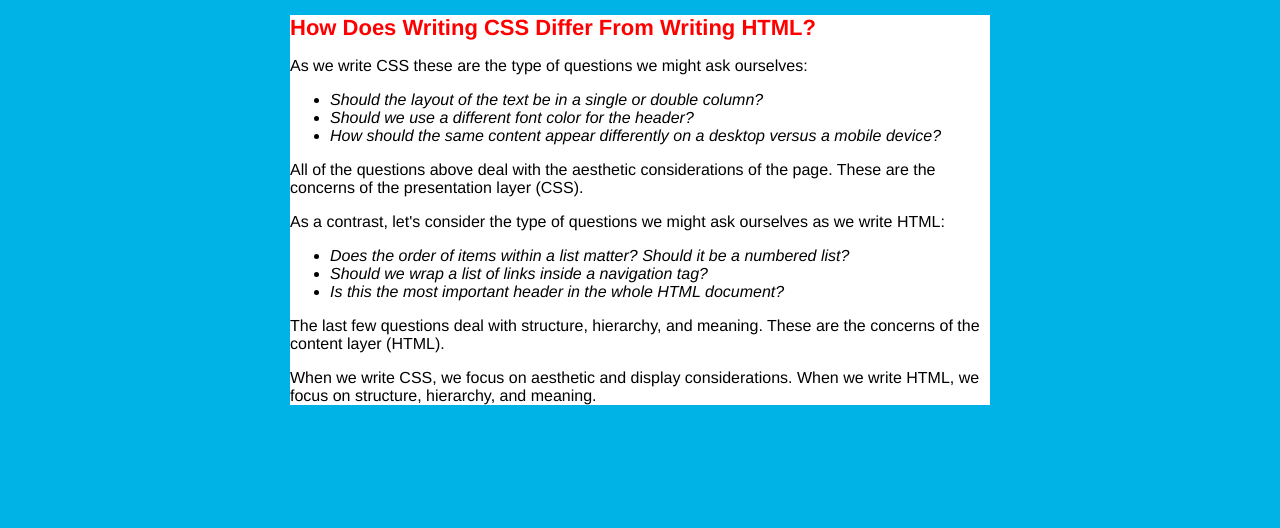
Repository: NthigaDenis/example-repository
Page: phase-0-css-intro-lab/index.html
The author's editor kept a copy of each file at every save. The page is drawn from the files as they stood at one save, then again after the next save.
The browser window is 1280 px wide. The pictures show the whole page.

Above is the page before, as saved 2022-08-02 08:24:53.

### phase-0-css-intro-lab/index.html
<!DOCTYPE html>
<html>

<head>
  <meta charset="utf-8">
  <title>Introduction to CSS Lab</title>
  <!-- Your code here! -->
</head>

<body>
  <link rel="stylesheet" href="./style.css" />

  <div>
    <h1 id='main-header'>How Does Writing CSS Differ From Writing HTML?</h1>
    <p>As we write CSS these are the type of questions we might ask ourselves:</p>

    <ul>
      <li class='perspective-questions'>Should the layout of the text be in a single or double column?</li>
      <li class='perspective-questions'>Should we use a different font color for the header?</li>
      <li class='perspective-questions'>How should the same content appear
        differently on a desktop versus a mobile device?</li>
    </ul>

    <p>All of the questions above deal with the aesthetic considerations of the page. These are the concerns of the
      presentation layer (CSS).</p>
    <p>As a contrast, let's consider the type of questions we might ask ourselves as we write HTML:</p>

    <ul>
      <li class='perspective-questions'>Does the order of items within a list matter? Should it be a numbered list?</li>
      <li class='perspective-questions'>Should we wrap a list of links inside a navigation tag?</li>
      <li class='perspective-questions'>Is this the most important header in the whole HTML document?</li>
    </ul>

    <p>The last few questions deal with structure, hierarchy, and meaning. These are the concerns of the content layer
      (HTML).</p>
    <p>When we write CSS, we focus on aesthetic and display considerations. When we write HTML, we focus on structure,
      hierarchy, and meaning.</p>
  </div>

</body>

</html>

### phase-0-css-intro-lab/style.css
/* Tag selector to select the 'body' element */
body {

  background: #00b3e6;
}

/* Your code here! */


/* Tag selector to select all 'div' elements. We only have one 'div' in our HTML */
div {
  width: 700px;
  margin: auto;
  font-family: Helvetica Neue;
  background: white;
  padding: 30 px;
  /* Your code here! */
}

/* ID selector to select the element with id 'main-header' */
#main-header {
  /* Your code here! */
  color: red;
  font-size: 22px;
}

/* Class selector to select elements containing the class 'perspective-questions' */
.perspective-questions {
  font-style: italic
    /* Your code here! */
}

After the next save:
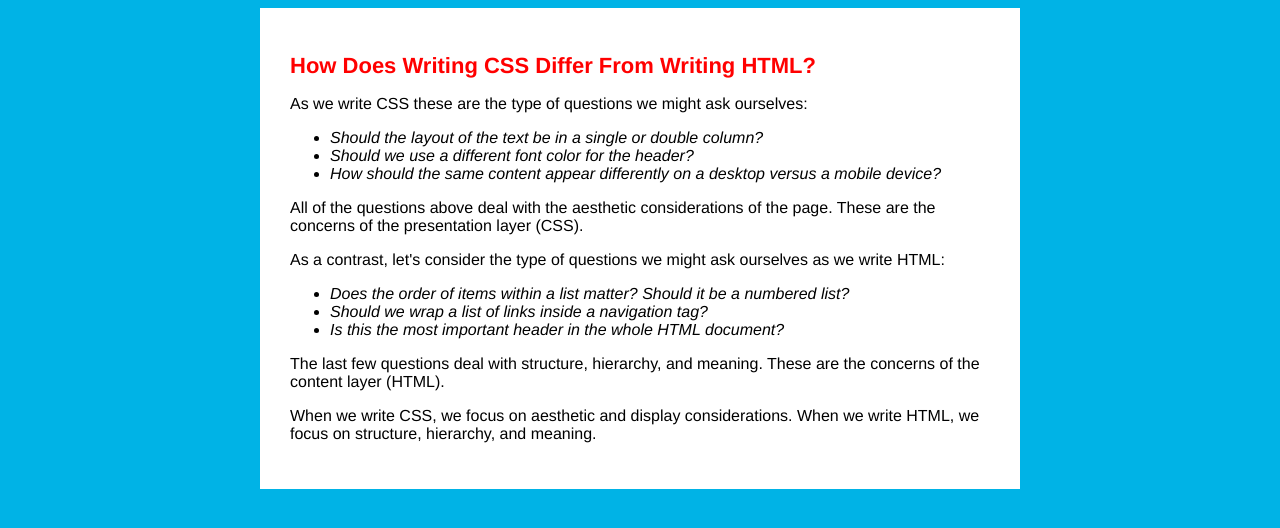
Saved 3 min 23 s later.
--- a/phase-0-css-intro-lab/style.css
+++ b/phase-0-css-intro-lab/style.css
@@ -13,7 +13,7 @@ div {
   margin: auto;
   font-family: Helvetica Neue;
   background: white;
-  padding: 30 px;
+  padding: 30px;
   /* Your code here! */
 }
 
